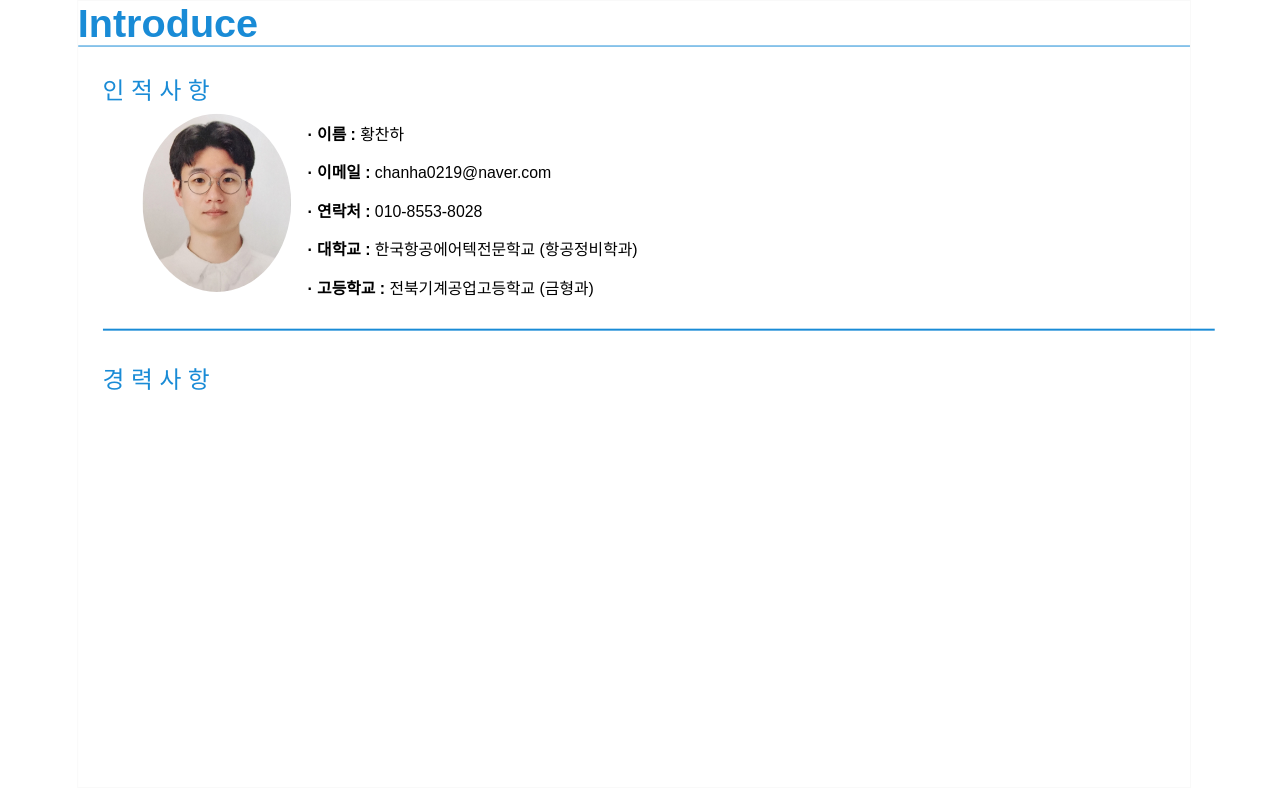
Repository: DooBae-KR/MySelf
Page: /
These files come from the project's save history. The page is drawn as it stood at one moment and after a run of saves; the edit follows.
The browser window is 1280 px wide. The pictures show the whole page, at 99% of full size.
The project was rebuilt for these pictures with package versions that can differ from the ones it lists, and the page was loaded fresh each time. Also part of the build but not shown: src/pages/MainPage.js, src/pages/header/HeaderLogo.js, src/pages/header/TabMenu.js, src/pages/HeaderPage.js.

Above is the page before, as saved 2025-07-23 21:34:14.

### src/App.js
import { BrowserRouter, Routes, Route } from 'react-router-dom';
import Main from './pages/MainPage';
import Header from './pages/HeaderPage';
import MySelf from './pages/Myself';

import './styles/header.css';

function App() {
  return (
  <BrowserRouter>
  <Routes>
    <Route path={'/'} element={<MySelf/>} />
  </Routes>
  </BrowserRouter>
  );
}

export default App;

### src/pages/Myself.js
import { myInfo,myWorkSkill,myLicense } from "../data/MyInform"
import profile from "../data/증명사진.jpg";
export default function MySelf(){

    return(
        <div className="A4 rec">
            <div className="title">Introduce</div>
            <div className="container content">
                <div className="contentTitle">인 적 사 항</div>
                <div className="container">
                     <img src={profile}alt="프로필 사진" className="myimg" />
                    <div className="context">
                        <p><strong>· 이름 : </strong>{myInfo.name}</p>
                        <p><strong>· 이메일 : </strong> {myInfo.email}</p>
                        <p><strong>· 연락처 : </strong>{myInfo.phone}</p>
                        <p><strong>· 대학교 : </strong>{myInfo.collage} ({myInfo.collageMajor})</p>
                        <p><strong>· 고등학교 : </strong>{myInfo.highSchool} ({myInfo.highScMajor})</p>
                    </div>
                </div>
                <div className="line"/>
                <div className="contentTitle">경 력 사 항</div>
                    <div className="workTitle">

                    </div>
            </div>


        </div>
    )
}

### src/styles/header.css


* {
    margin: 0;
    padding: 0;
    font-family: "Asta Sans", sans-serif;
    font-optical-sizing: auto;
    font-weight: 400;
    font-style: normal;
    }

    .container {
        display :flex;
    }

    .headerLogo {
        width: 100vw;
        height: 100px;
        justify-content: space-between;
        padding: 0;
        border-bottom: 2px solid #db8b23;
    }
    .logo{
        padding: 15px;
        margin-left: 10px;
        width: 100px;
        height: 100px;
        font-size: 50px;
        font-weight: bolder;
        font-style: italic;
        cursor: pointer;
        align-items: center;
    }
    .logoTitle{
        display: flex;
        font-size: 50px;
        align-items: center;


    }
    .headerLogo input{
        margin: 15px;
        padding: 3px 5px;
        border: 1px solid #db8b239d;
        border-radius: 10px;

    }

    .A4.rec{
        width: 1123px;
        height: 794px;
        border: 1px solid #aaaaaa11;
        margin: 0 auto;
    }
    .title{
        font-size: 40px;
        color:rgb(25, 139, 214);
        font-weight: 700;
        border-bottom: 1px solid rgb(25, 139, 214);
    }
    .content{
        width: 100%;
        flex-direction: column;
        padding : 25px;
    }
    .contentTitle{
        font-size: 24px;
        color:rgb(25, 139, 214);
    }
    .context {
        gap: 5px;
    }
    .context p{
        margin: 15px 7px 0px 7px;
    }
    .context strong{
        margin-left: 15px;
        font-weight: bold;
    }
    .line {
        margin: 30px 0px;
        border: 0.5px solid rgb(25, 139, 214);;
    }

    .myimg{
        display: block;
        margin: auto;
        margin-left: 25px;
        margin-right: 10px;
        width: 150px;
        height: 180px;
        border-radius: 50%;
        object-fit: cover;
        overflow: hidden;
        transform: translateX(15px);
    }
    .workTitle{
        color: #333;
    }

### src/data/MyInform.js

export const myInfo = {
    name: "황찬하",
    email: "chanha0219@naver.com",
    phone: "010-8553-8028",
    github: "https://github.com/DooBae-KR",
    notion: "https://www.notion.so/239012dbbef280e4886de20264e97e98",
    intro1: "CORE knowledge, HOT execution",
    intro2 : "That’s how I make things happen",
    highSchool : "전북기계공업고등학교",
    highScMajor : "금형과",
    collage : "한국항공에어텍전문학교",
    collageMajor : "항공정비학과"
  };

export const myWorkSkill =[
    {
        name : "(주)쎄크",
        time : "2015.10 ~ 2016.09",
        session : "생산직",
        content : "비파괴검사기(튜브) 생산 및 Calibration",
        study: "NG 분석 리포트 작성과 작업일지 문서화를 통해 문제 해결 능력과 데이터 기반 보고 역량을 키웠으며, 체계적인 품질관리 경험을 통해 프로세스 최적화에 대한 이해를 쌓았습니다.",
    },
    {
        name : "이든",
        time : "2023.01 ~ 2024.06",
        session : "조리과",
        content : `대리 | 2024.03 ~ 2024.06
                        사시미 모리, 마끼 업무 수행
                        최상의 맛과 서비스 제공
                        메뉴 개발 및 시즌별 신메뉴 기획
                        주방 인력 관리 및 신입 직원 교육

                        사원 | 2022.11 ~ 2024.02
                        튀김, 불판 조리 업무 수행
                        식자재 발주 및 위생 관리`,
        study: "고객 만족을 위한 메뉴 기획과 품질 유지 경험을 통해 사용자 관점에서 사고하고 기획하는 역량을 키웠으며, 팀원 교육과 주방 운영을 통해 커뮤니케이션 능력과 리더십을 실무에 적용했습니다."
    }
]

export const myLicense =[
    {
        name : "컴퓨터응용밀링기능사",
        date : "2014.06.27"
    },
    {
        name : "전산응용기계제도기능사",
        date : "2014.12.26"
    },
    {
        name : "정밀측정기능사",
        date : "2015.07.03"
    },
    {
        name : "자동차운전면허 1종 보통",
        date : "2015.02"
    }
]

Loaded but not shown: public/index.html (common file); src/index.js (common file); src/index.css (common file); src/reportWebVitals.js (common file)

After the next 4 saves:
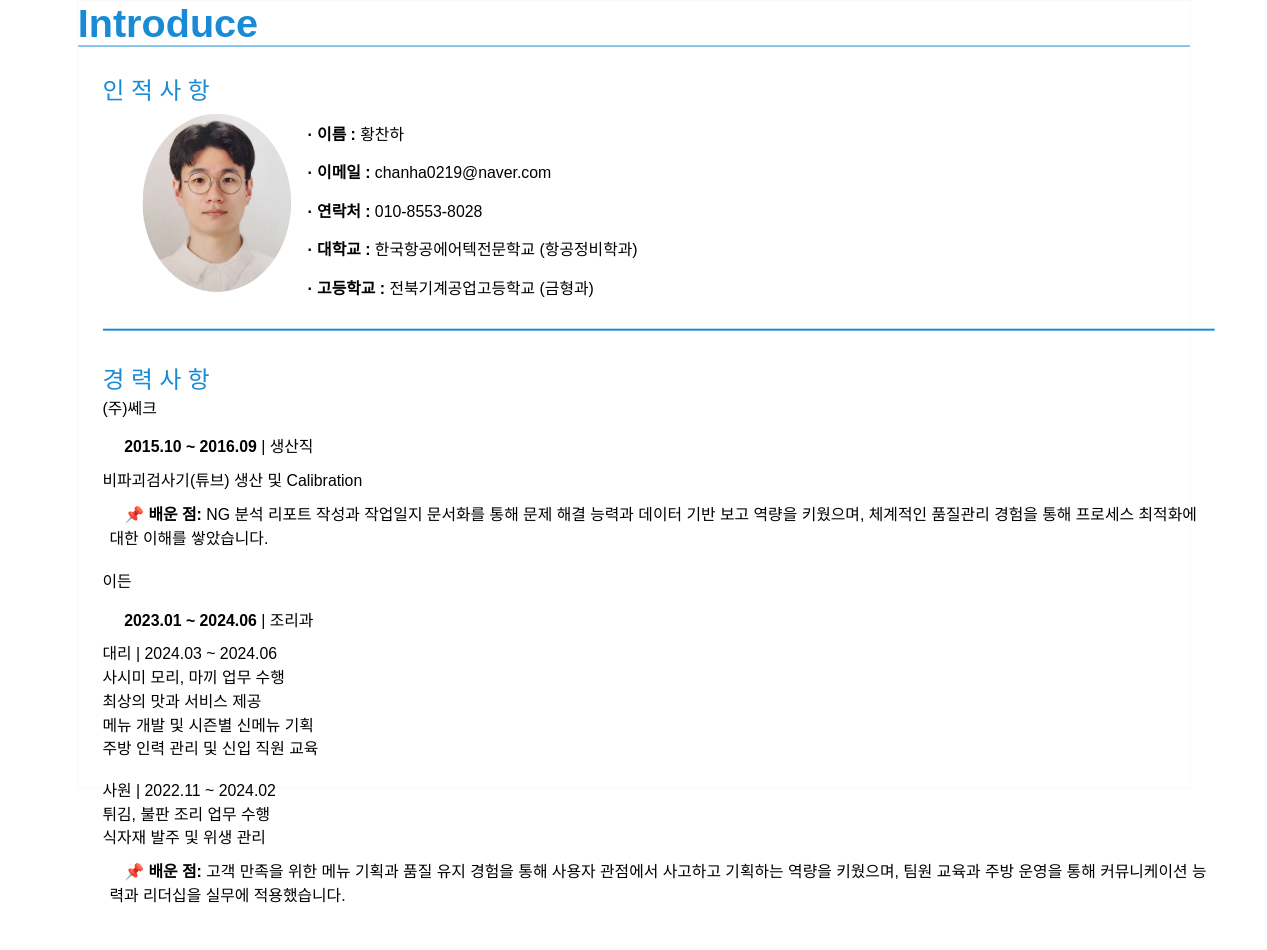
The 4 saves are shown as one change because 2 did not build or start and some came seconds apart.
The last was saved 113 s later.
--- a/src/pages/Myself.js
+++ b/src/pages/Myself.js
@@ -19,12 +19,28 @@ export default function MySelf(){
                 </div>
                 <div className="line"/>
                 <div className="contentTitle">경 력 사 항</div>
-                    <div className="workTitle">
+                   <div className="context">
+                    {myWorkSkill.map((item, index) => (
+                        <div key={index} className="work-item" style={{ marginBottom: "20px" }}>
+                        <h4>{item.name}</h4>
+                        <p><strong>{item.time}</strong> | {item.session}</p>
 
-                    </div>
+                        {/* content: 줄바꿈 유지 */}
+                        <pre style={{ whiteSpace: "pre-line", marginTop: "10px" }}>
+                            {item.content}
+                        </pre>
+
+                        {/* study */}
+                        <p style={{ marginTop: "10px" }}>
+                            <strong>📌 배운 점:</strong> {item.study}
+                        </p>
+                        </div>
+                    ))}
             </div>
 
 
+            </div>
         </div>
+
     )
 }
